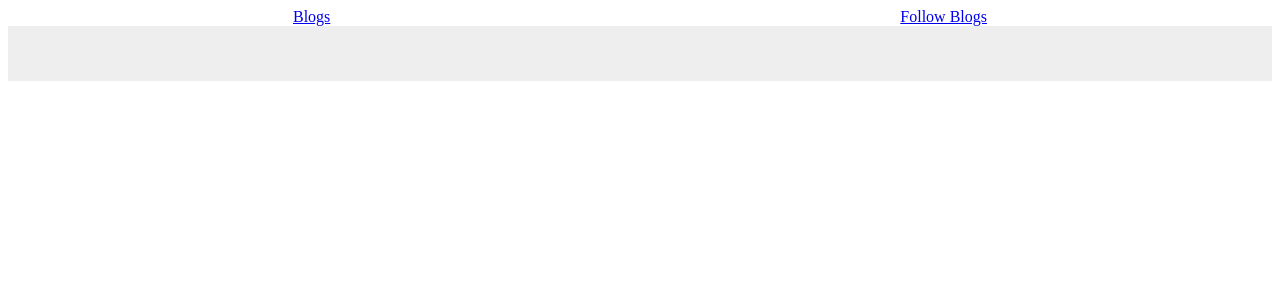
Repository: bhumikagohil/announcements
Page: blogs_home/blogs_home.html
These files come from the project's save history. The page is drawn as it stood at one moment and after the next save; the edit follows.
The browser window is 1280 px wide. The pictures show the whole page.

Above is the page before, as saved 2021-05-31 15:26:28.

After the next save:
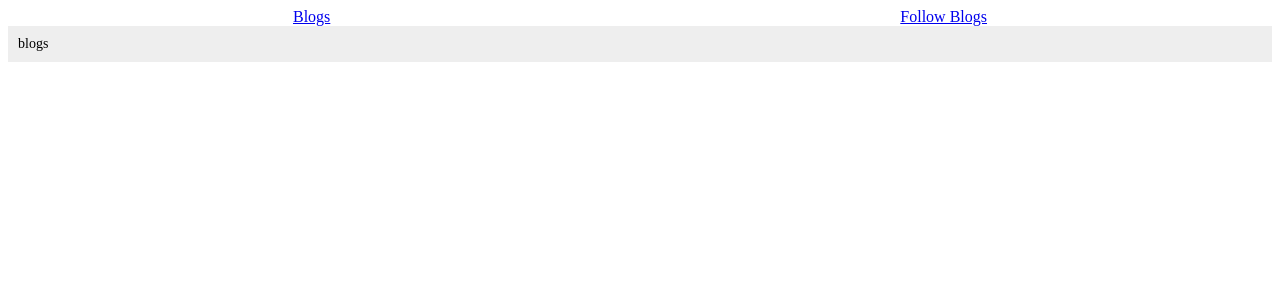
Saved 13 s later.
--- a/blogs_home/blogs_home.html
+++ b/blogs_home/blogs_home.html
@@ -32,20 +32,14 @@
             <!-- MY ANNOUNCEMENTS  -->
             <div class="tab-panel active" id="blogs">
 
-                <div>
-                    <p id="announcements-empty-case">
-                    </p>
-                </div>
-                <div class="container" id="announcements-cards-container">
-
-                </div>
+                blogs
 
             </div>
 
             <!-- DISCOVER  ANNOUNCEMENTS -->
             <div class="tab-panel" id="follow_blogs">
 
-
+                follw
             </div>
 
         </div>
